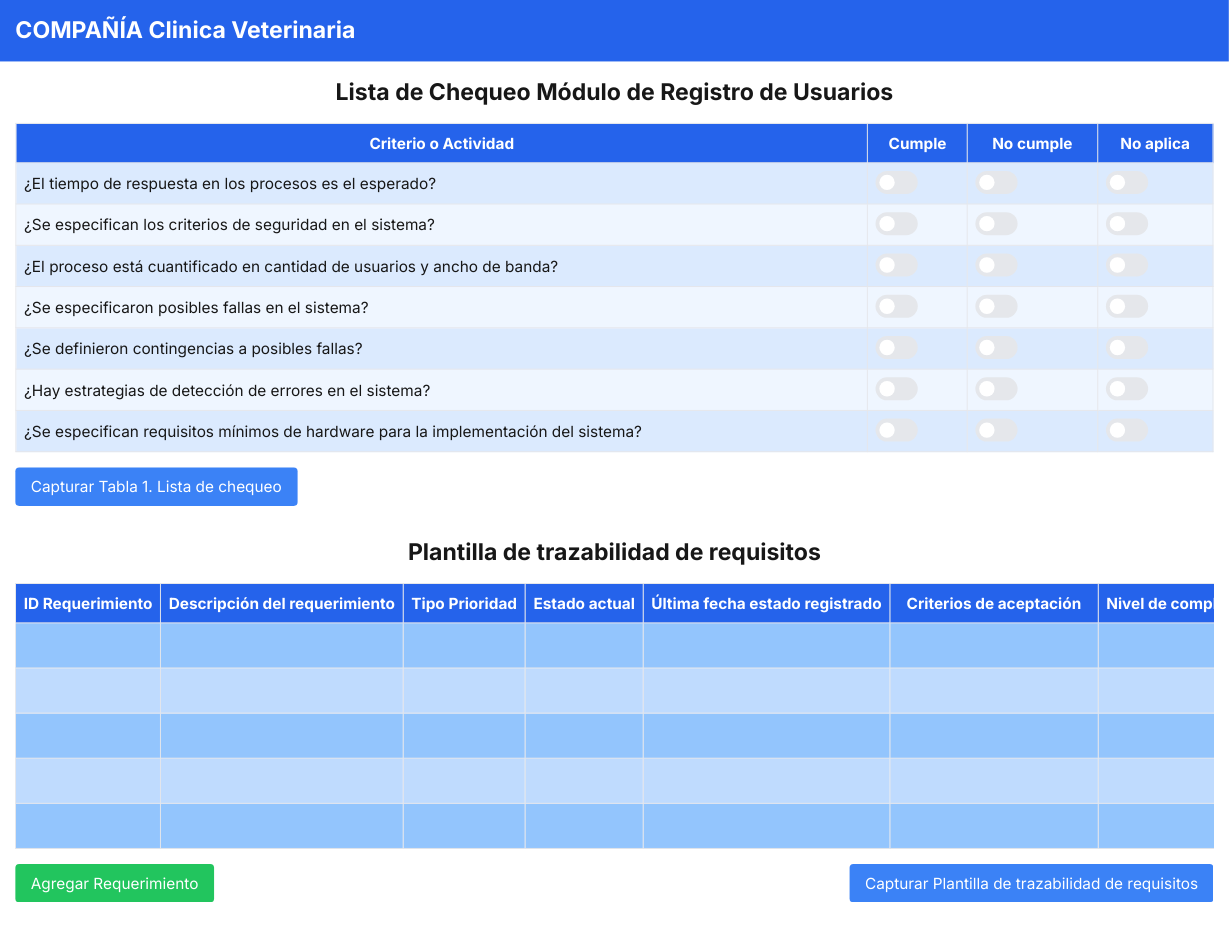
Repository: CiroAlfa/lista-de-Chequeo
Page: /
The author's editor kept a copy of each file at every save. The page is drawn from the files as they stood at one save, then again after the next save.
The browser window is 1280 px wide. The pictures show the whole page, at 96% of full size.
The project was rebuilt for these pictures with package versions that can differ from the ones it lists, and the page was loaded fresh each time. The framework's server and built-in components were replaced by stand-ins that run in the browser. Also part of the build but not shown: next.config.mjs.

Above is the page before, as saved 2024-09-27 13:24:12.

### src/app/layout.tsx
import './globals.css'
import type { Metadata } from 'next'
import { Inter } from 'next/font/google'

const inter = Inter({ subsets: ['latin'] })

export const metadata: Metadata = {
  title: 'Checklist App - Clinica Veterinaria',
  description: 'Aplicación de chequeo y trazabilidad de requisitos',
}

export default function RootLayout({
  children,
}: {
  children: React.ReactNode
}) {
  return (
    <html lang="es">
      <body className={inter.className}>
        <header className="bg-blue-600 text-white p-4">
          <h1 className="text-2xl font-bold">COMPAÑÍA Clinica Veterinaria</h1>
        </header>
        {children}
      </body>
    </html>
  )
}

### src/app/page.tsx
'use client'

import { useState } from 'react'
import { Switch } from '@headlessui/react'
import html2canvas from 'html2canvas'

interface ChecklistItem {
  id: number
  criteria: string
  cumple: boolean
  noCumple: boolean
  noAplica: boolean
}

interface RequirementItem {
  id: string
  description: string
  priority: string
  status: string
  lastUpdated: string
  acceptanceCriteria: string
  complexity: string
  deliverables: string
  testScenarios: string
  stakeholder: string
}

const initialChecklist: ChecklistItem[] = [
  { id: 1, criteria: '¿El tiempo de respuesta en los procesos es el esperado?', cumple: false, noCumple: false, noAplica: false },
  { id: 2, criteria: '¿Se especifican los criterios de seguridad en el sistema?', cumple: false, noCumple: false, noAplica: false },
  { id: 3, criteria: '¿El proceso está cuantificado en cantidad de usuarios y ancho de banda?', cumple: false, noCumple: false, noAplica: false },
  { id: 4, criteria: '¿Se especificaron posibles fallas en el sistema?', cumple: false, noCumple: false, noAplica: false },
  { id: 5, criteria: '¿Se definieron contingencias a posibles fallas?', cumple: false, noCumple: false, noAplica: false },
  { id: 6, criteria: '¿Hay estrategias de detección de errores en el sistema?', cumple: false, noCumple: false, noAplica: false },
  { id: 7, criteria: '¿Se especifican requisitos mínimos de hardware para la implementación del sistema?', cumple: false, noCumple: false, noAplica: false },
]

const initialRequirements: RequirementItem[] = Array(5).fill(null).map((_, index) => ({
  id: ``,
  description: '',
  priority: '',
  status: '',
  lastUpdated: '',
  acceptanceCriteria: '',
  complexity: '',
  deliverables: '',
  testScenarios: '',
  stakeholder: '',
}))

export default function Home() {
  const [checklist, setChecklist] = useState<ChecklistItem[]>(initialChecklist)
  const [requirements, setRequirements] = useState<RequirementItem[]>(initialRequirements)

  const handleChecklistChange = (id: number, field: 'cumple' | 'noCumple' | 'noAplica') => {
    setChecklist(checklist.map(item => {
      if (item.id === id) {
        const newItem = { ...item, [field]: !item[field] }
        if (newItem[field]) {
          newItem.cumple = field === 'cumple'
          newItem.noCumple = field === 'noCumple'
          newItem.noAplica = field === 'noAplica'
        }
        return newItem
      }
      return item
    }))
  }

  const handleRequirementChange = (index: number, field: keyof RequirementItem, value: string) => {
    setRequirements(requirements.map((item, i) =>
      i === index ? { ...item, [field]: value } : item
    ))
  }

  const addRequirement = () => {
    setRequirements([...requirements, {
      id: '',
      description: '',
      priority: '',
      status: '',
      lastUpdated: '',
      acceptanceCriteria: '',
      complexity: '',
      deliverables: '',
      testScenarios: '',
      stakeholder: '',
    }])
  }

  const captureScreenshot = async (elementId: string, fileName: string) => {
    const element = document.getElementById(elementId)
    if (element) {
      const canvas = await html2canvas(element)
      const image = canvas.toDataURL('image/png')
      const link = document.createElement('a')
      link.href = image
      link.download = fileName
      link.click()
    }
  }

  return (
    <main className="container mx-auto p-4">
      <div className="mb-8" id="checklist-table">
        <h2 className="text-2xl font-bold mb-4 text-center">Lista de Chequeo Módulo de Registro de Usuarios</h2>
        <table className="w-full border-collapse">
          <thead>
            <tr className="bg-blue-600 text-white">
              <th className="border p-2">Criterio o Actividad</th>
              <th className="border p-2">Cumple</th>
              <th className="border p-2">No cumple</th>
              <th className="border p-2">No aplica</th>
            </tr>
          </thead>
          <tbody>
            {checklist.map((item, index) => (
              <tr key={item.id} className={index % 2 === 0 ? 'bg-blue-100' : 'bg-blue-50'}>
                <td className="border p-2">{item.criteria}</td>
                <td className="border p-2">
                  <Switch
                    checked={item.cumple}
                    onChange={() => handleChecklistChange(item.id, 'cumple')}
                    className={`${item.cumple ? 'bg-blue-600' : 'bg-gray-200'} relative inline-flex h-6 w-11 items-center rounded-full`}
                  >
                    <span className={`${item.cumple ? 'translate-x-6' : 'translate-x-1'} inline-block h-4 w-4 transform rounded-full bg-white transition`} />
                  </Switch>
                </td>
                <td className="border p-2">
                  <Switch
                    checked={item.noCumple}
                    onChange={() => handleChecklistChange(item.id, 'noCumple')}
                    className={`${item.noCumple ? 'bg-blue-600' : 'bg-gray-200'} relative inline-flex h-6 w-11 items-center rounded-full`}
                  >
                    <span className={`${item.noCumple ? 'translate-x-6' : 'translate-x-1'} inline-block h-4 w-4 transform rounded-full bg-white transition`} />
                  </Switch>
                </td>
                <td className="border p-2">
                  <Switch
                    checked={item.noAplica}
                    onChange={() => handleChecklistChange(item.id, 'noAplica')}
                    className={`${item.noAplica ? 'bg-blue-600' : 'bg-gray-200'} relative inline-flex h-6 w-11 items-center rounded-full`}
                  >
                    <span className={`${item.noAplica ? 'translate-x-6' : 'translate-x-1'} inline-block h-4 w-4 transform rounded-full bg-white transition`} />
                  </Switch>
                </td>
              </tr>
            ))}
          </tbody>
        </table>
        <button
          onClick={() => captureScreenshot('checklist-table', 'lista-de-chequeo.png')}
          className="mt-4 bg-blue-500 text-white px-4 py-2 rounded hover:bg-blue-600 transition-colors"
        >
          Capturar Tabla 1. Lista de chequeo
        </button>
      </div>

      <div className="mb-8" id="requirements-table">
        <h2 className="text-2xl font-bold mb-4 text-center">Plantilla de trazabilidad de requisitos</h2>
        <div className="overflow-x-auto">
          <table className="w-full border-collapse">
            <thead>
              <tr className="bg-blue-600 text-white">
                <th className="border p-2 whitespace-nowrap">ID Requerimiento</th>
                <th className="border p-2 whitespace-nowrap">Descripción del requerimiento</th>
                <th className="border p-2 whitespace-nowrap">Tipo Prioridad</th>
                <th className="border p-2 whitespace-nowrap">Estado actual</th>
                <th className="border p-2 whitespace-nowrap">Última fecha estado registrado</th>
                <th className="border p-2 whitespace-nowrap">Criterios de aceptación</th>
                <th className="border p-2 whitespace-nowrap">Nivel de complejidad</th>
                <th className="border p-2 whitespace-nowrap">Entregables</th>
                <th className="border p-2 whitespace-nowrap">Escenarios de pruebas</th>
                <th className="border p-2 whitespace-nowrap">Interesado en el requisito</th>
              </tr>
            </thead>
            <tbody>
              {requirements.map((item, index) => (
                <tr key={index} className={index % 2 === 0 ? 'bg-blue-300' : 'bg-blue-200'}>
                  <td className="border p-2">
                    <input
                      type="text"
                      value={item.id}
                      onChange={(e) => handleRequirementChange(index, 'id', e.target.value)}
                      className="w-full bg-transparent min-w-[100px]"
                    />
                  </td>
                  <td className="border p-2">
                    <textarea
                      value={item.description}
                      onChange={(e) => handleRequirementChange(index, 'description', e.target.value)}
                      className="w-full bg-transparent min-w-[200px] resize-none overflow-hidden"
                      rows={1}
                      onInput={(e) => {
                        e.currentTarget.style.height = 'auto'
                        e.currentTarget.style.height = e.currentTarget.scrollHeight + 'px'
                      }}
                    />
                  </td>
                  <td className="border p-2">
                    <input
                      type="text"
                      value={item.priority}
                      onChange={(e) => handleRequirementChange(index, 'priority', e.target.value)}
                      className="w-full bg-transparent min-w-[100px]"
                    />
                  </td>
                  <td className="border p-2">
                    <input
                      type="text"
                      value={item.status}
                      onChange={(e) => handleRequirementChange(index, 'status', e.target.value)}
                      className="w-full bg-transparent min-w-[100px]"
                    />
                  </td>
                  <td className="border p-2">
                    <input
                      type="text"
                      value={item.lastUpdated}
                      onChange={(e) => handleRequirementChange(index, 'lastUpdated', e.target.value)}
                      className="w-full bg-transparent min-w-[100px]"
                    />
                  </td>
                  <td className="border p-2">
                    <textarea
                      value={item.acceptanceCriteria}
                      onChange={(e) => handleRequirementChange(index, 'acceptanceCriteria', e.target.value)}
                      className="w-full bg-transparent min-w-[200px] resize-none overflow-hidden"
                      rows={1}
                      onInput={(e) => {
                        e.currentTarget.style.height = 'auto'
                        e.currentTarget.style.height = e.currentTarget.scrollHeight + 'px'
                      }}
                    />
                  </td>
                  <td className="border p-2">
                    <input
                      type="text"
                      value={item.complexity}
                      onChange={(e) => handleRequirementChange(index, 'complexity', e.target.value)}
                      className="w-full bg-transparent min-w-[100px]"
                    />
                  </td>
                  <td className="border p-2">
                    <textarea
                      value={item.deliverables}
                      onChange={(e) => handleRequirementChange(index, 'deliverables', e.target.value)}
                      className="w-full bg-transparent min-w-[200px] resize-none overflow-hidden"
                      rows={1}
                      onInput={(e) => {
                        e.currentTarget.style.height = 'auto'
                        e.currentTarget.style.height = e.currentTarget.scrollHeight + 'px'
                      }}
                    />
                  </td>
                  <td className="border p-2">
                    <textarea
                      value={item.testScenarios}
                      onChange={(e) => handleRequirementChange(index, 'testScenarios', e.target.value)}
                      className="w-full bg-transparent min-w-[200px] resize-none overflow-hidden"
                      rows={1}
                      onInput={(e) => {
                        e.currentTarget.style.height = 'auto'
                        e.currentTarget.style.height = e.currentTarget.scrollHeight + 'px'
                      }}
                    />
                  </td>
                  <td className="border p-2">
                    <input
                      type="text"
                      value={item.stakeholder}
                      onChange={(e) => handleRequirementChange(index, 'stakeholder', e.target.value)}
                      className="w-full bg-transparent min-w-[100px]"
                    />
                  </td>
                </tr>
              ))}
            </tbody>
          </table>
        </div>
        <div className="mt-4 flex justify-between">
          <button
            onClick={addRequirement}
            className="bg-green-500 text-white px-4 py-2 rounded hover:bg-green-600 transition-colors"
          >
            Agregar Requerimiento
          </button>
          <button
            onClick={() => captureScreenshot('requirements-table', 'plantilla-trazabilidad-requisitos.png')}
            className="bg-blue-500 text-white px-4 py-2 rounded hover:bg-blue-600 transition-colors"
          >
            Capturar Plantilla de trazabilidad de requisitos
          </button>
        </div>
      </div>
    </main>
  )
}

Loaded but not shown: src/app/globals.css (common file); tailwind.config.ts (common file)

After the next save:
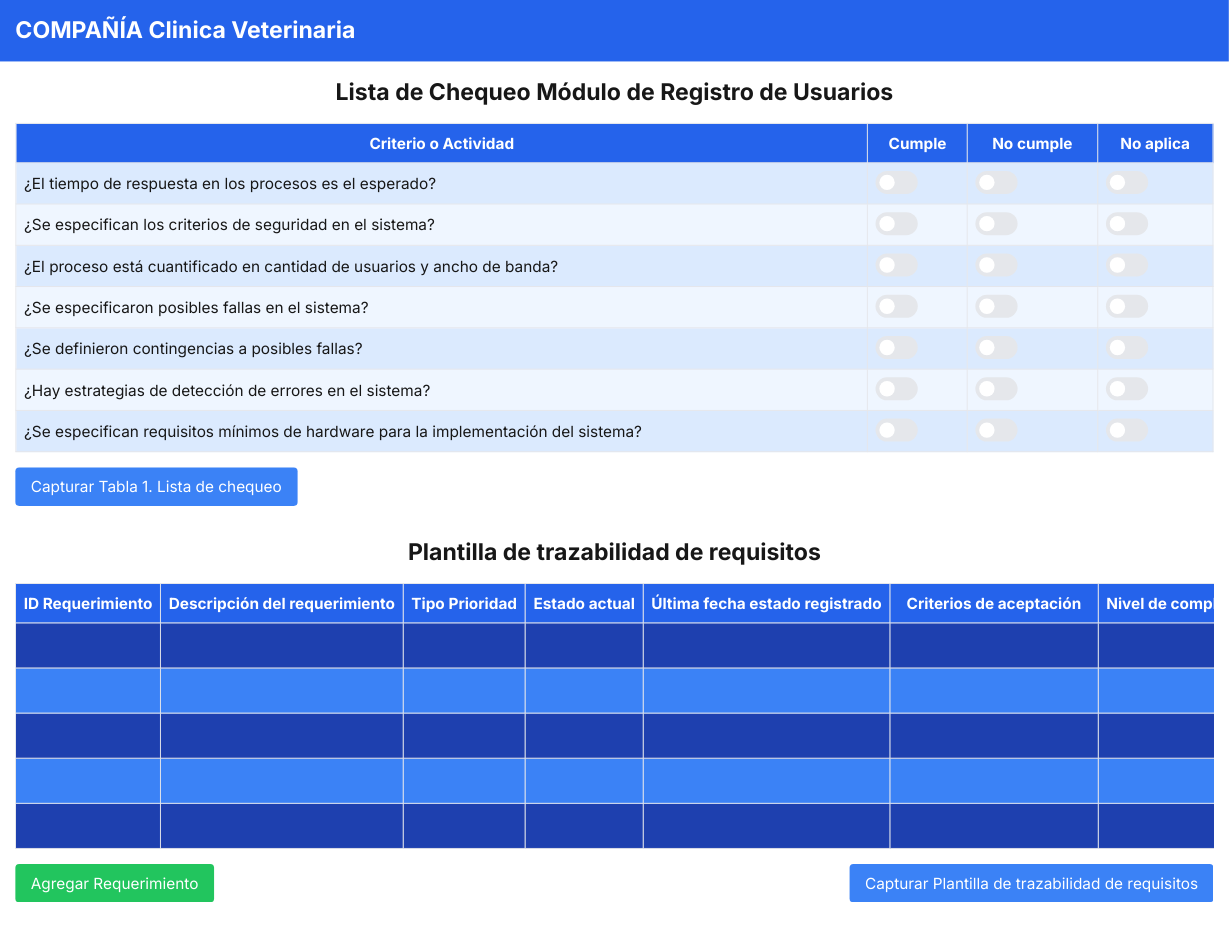
Saved 12 s later.
--- a/src/app/page.tsx
+++ b/src/app/page.tsx
@@ -176,7 +176,7 @@ export default function Home() {
             </thead>
             <tbody>
               {requirements.map((item, index) => (
-                <tr key={index} className={index % 2 === 0 ? 'bg-blue-300' : 'bg-blue-200'}>
+                <tr key={index} className={index % 2 === 0 ? 'bg-blue-800' : 'bg-blue-500'}>
                   <td className="border p-2">
                     <input
                       type="text"
